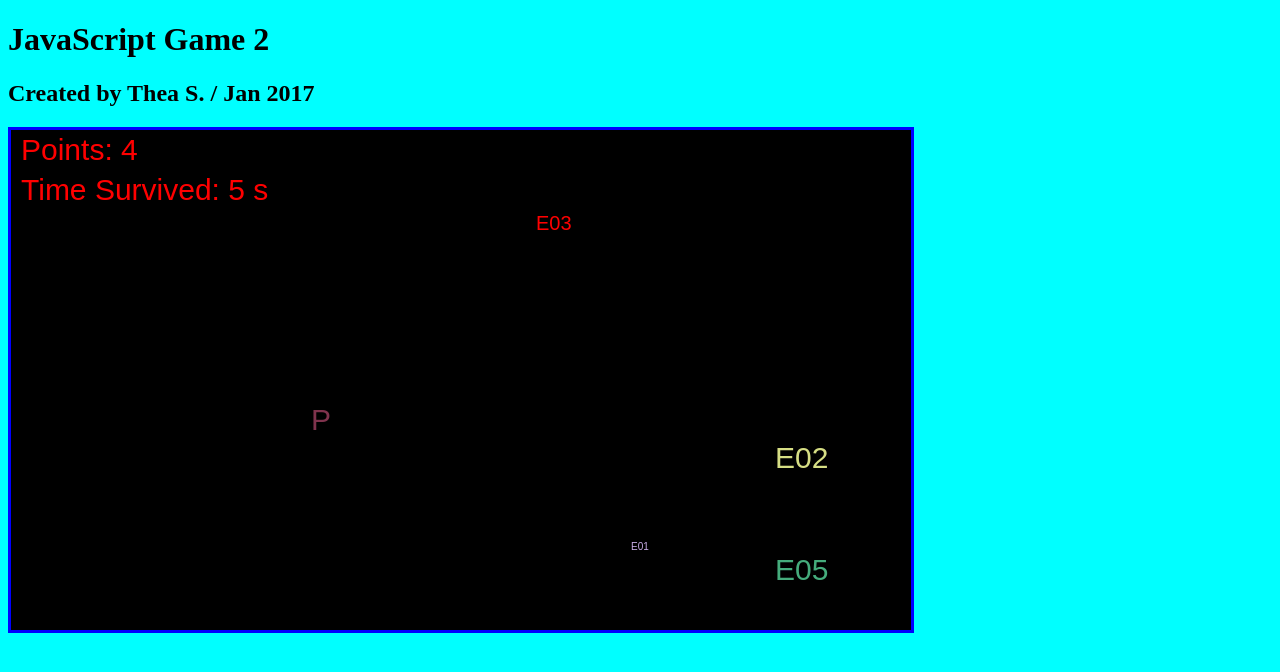
Repository: m-rabbit/b1_sukianto_code
Page: websites/JS_Game_02/index.html
An editor plug-in stored every save of this project. The page is shown before and after the next save, followed by the edit.
The browser window is 1280 px wide. The pictures show the whole page.

Above is the page before, as saved 2017-02-20 14:56:59.

### websites/JS_Game_02/index.html
<!DOCTYPE html>
<html>
	<head>
		<title>JavaScript Game 2</title>
		<style>
			body {
				background-color: #00FFFF;
			}
			canvas {
				border: 3px solid blue;
				background-color: #000000;
			}
		</style>
	</head>
	<body>
		<h1>JavaScript Game 2</h1>
		<h2>Created by Thea S. / Jan 2017</h2>



		<canvas id="ctx" width="900" height="500"></canvas>
		<script src="js/gametwo.js">
		</script>
	</body>
</html>

### websites/JS_Game_02/js/gametwo.js
var ctx = document.getElementById("ctx").getContext("2d");

var ctxWidth = 900;
var ctxHeight = 500;
var rtSpacing = 30;
var bottomSpacing = 10;
var topSpacing = 30;

var appleRed = "#FF0000";
var skyBlue = "#0000FF";
var grassGreen = "#00FF00";
var canaryYellow = "#FFFF00";
var myBlack = "#000000";
var myPink = "rgba(255, 102, 153, 0.5)";

var enemyList = {};

var timeWhenGameStarted = Date.now();

// player as an object
var player = {
	x : 300,
	spdX : 3,
	y : 300,
	spdY : 7,
	name : "P",
	font : '30px Arial',
	wallFont : '60px Arial',
	topBottomFont : '10px Arial',
	color : myPink,
	colorWall : appleRed,
	colorTopBottom : skyBlue,
	highPoints : 10
};
// end of player

// this is a "Constructor"
Enemy = function(id, passX, passY, passName, passFont, passWallFont, passTopBottomFont, passColor) {

	var enemy = {
		id : id,
		x : passX,
		spdX : getRandomIntInclusive(1, 20),
		y : passY,
		spdY : getRandomIntInclusive(1, 20),
		name : passName,
		font : passFont,
		wallFont : passWallFont,
		topBottomFont : passTopBottomFont,
		color : passColor,
	};

	enemyList[id] = enemy;

};

function getRandomIntInclusive(min, max) {
  min = Math.ceil(min);
  max = Math.floor(max);
  return Math.floor(Math.random() * (max - min + 1)) + min;
}

// end of Enemy() constructor

getDistanceBetweenEntity = function(entity1, entity2) {
	var dx = entity1.x - entity2.x;
	var dy = entity1.y - entity2.y;
	return Math.sqrt(dx * dx + dy * dy);

};

testCollisionEntity = function(entity1, entity2) {

	var distance = getDistanceBetweenEntity(entity1, entity2);
	return distance < 50;

};

document.onmousemove = function(mouse) {
	var mouseX = mouse.clientX;
	var mouseY = mouse.clientY;
	console.log("mouse x,y: " + mouseX + "," + mouseY);
	player.x = mouseX - 12;
	player.y = mouseY - 125;
};
updateEntity = function(something) {
	updateEntityPosition(something);
	drawEntity(something);
};

updateEntityPosition = function(something) {
	var red = getRandomIntInclusive(0, 255);
	var green = getRandomIntInclusive(0, 255);
	var blue = getRandomIntInclusive(0, 255);

	something.x += something.spdX;
	something.y += something.spdY;

	//flips spdX if we hit either the left or the right sides
	if (something.x >= ctxWidth - rtSpacing || something.x <= 0) {// right side OR left side
		something.spdX *= -1;
		something.color = "rgb("+red+","+green+","+blue+")";
		something.font = something.wallFont;
	}

	// flip spdY if we hit either the ceiling OR the floor
	if (something.y >= ctxHeight - bottomSpacing || something.y <= topSpacing) {// || is a Boolean for "OR"
		something.spdY *= -1;
		something.color = "rgb("+red+","+green+","+blue+")";
		something.font = something.topBottomFont;
	}
};

drawEntity = function(something) {
	ctx.font = something.font;
	ctx.fillStyle = something.color;
	ctx.fillText(something.name, something.x, something.y);
};

update = function() {
	ctx.clearRect(0, 0, ctxWidth, ctxHeight);
	//updateEntity(player);

	drawEntity(player);
	for (var i in enemyList) {
		updateEntity(enemyList[i]);

		var isColliding = testCollisionEntity(player, enemyList[i]);
		if (isColliding) {
			player.highPoints--;
			//console.log("Collision!");
			if(player.highPoints < 0) {
				var timeSurvived = Date.now() - timeWhenGameStarted;
				alert("Game Over! time = " + timeSurvived/1000 + " s");
				player.highPoints = 10;
				timeWhenGameStarted = Date.now();
			}
		}
	};

	ctx.font = "30px Arial";
	ctx.fillStyle = "#FF0000";
	ctx.fillText("Points: " + player.highPoints, 10, 30);
	var currentTime = Date.now() - timeWhenGameStarted;
	ctx.font = "30px Arial";
	ctx.fillStyle = "#FF0000";
	ctx.fillText("Time Survived: " + currentTime/1000 + " s", 10, 70);

};
// end of update()

Enemy('E1', 70, 60, 'E01', '30px Arial', '60px Arial', '10px Arial', myBlack, grassGreen, appleRed);

Enemy('E2', 80, 50, 'E02', '60px Arial', '30px Arial', '15px Arial', grassGreen, myBlack, appleRed);

Enemy('E3', 75, 50, 'E03', '20px Arial', '80px Arial', '20px Arial', appleRed, grassGreen, myBlack);

Enemy('E4', 70, 60, 'E04', '30px Arial', '60px Arial', '10px Arial', myBlack, grassGreen, appleRed);

Enemy('E5', 80, 50, 'E05', '60px Arial', '30px Arial', '15px Arial', grassGreen, myBlack, appleRed);


setInterval(update, 100);

After the next save:
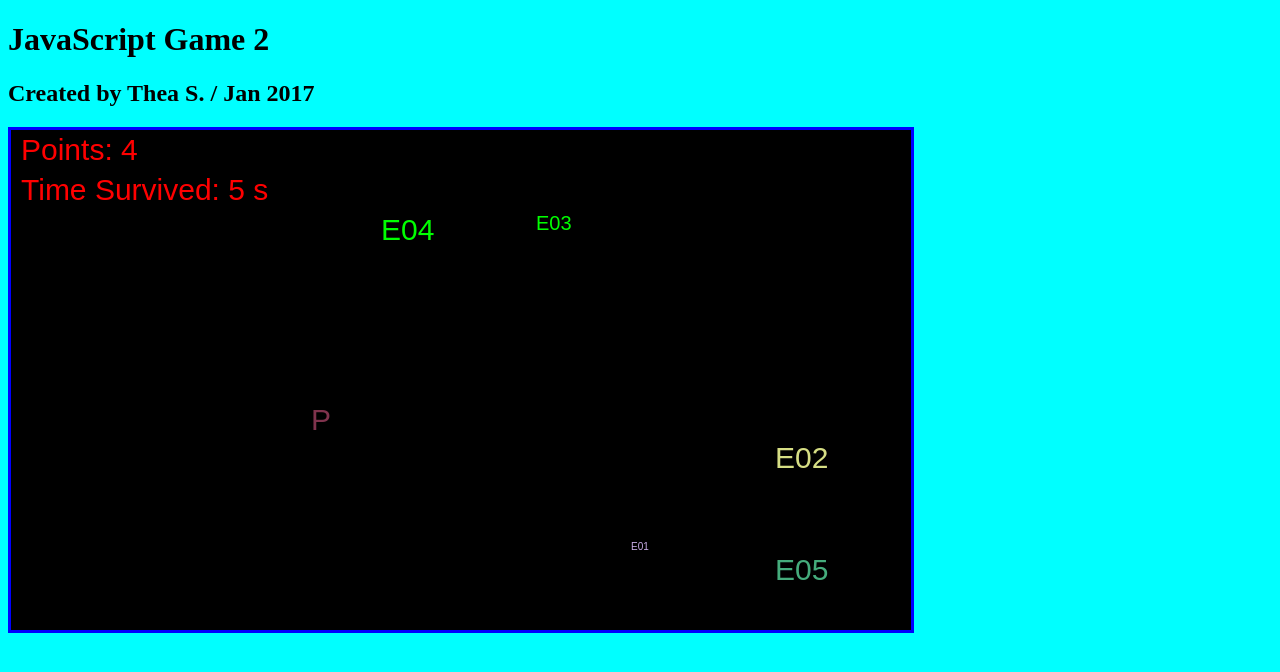
Saved 39 s later.
--- a/websites/JS_Game_02/js/gametwo.js
+++ b/websites/JS_Game_02/js/gametwo.js
@@ -149,15 +149,15 @@ update = function() {
 };
 // end of update()
 
-Enemy('E1', 70, 60, 'E01', '30px Arial', '60px Arial', '10px Arial', myBlack, grassGreen, appleRed);
+Enemy('E1', 70, 60, 'E01', '30px Arial', '60px Arial', '10px Arial', grassGreen);
 
-Enemy('E2', 80, 50, 'E02', '60px Arial', '30px Arial', '15px Arial', grassGreen, myBlack, appleRed);
+Enemy('E2', 80, 50, 'E02', '60px Arial', '30px Arial', '15px Arial', grassGreen);
 
-Enemy('E3', 75, 50, 'E03', '20px Arial', '80px Arial', '20px Arial', appleRed, grassGreen, myBlack);
+Enemy('E3', 75, 50, 'E03', '20px Arial', '80px Arial', '20px Arial', grassGreen);
 
-Enemy('E4', 70, 60, 'E04', '30px Arial', '60px Arial', '10px Arial', myBlack, grassGreen, appleRed);
+Enemy('E4', 70, 60, 'E04', '30px Arial', '60px Arial', '10px Arial', grassGreen);
 
-Enemy('E5', 80, 50, 'E05', '60px Arial', '30px Arial', '15px Arial', grassGreen, myBlack, appleRed);
+Enemy('E5', 80, 50, 'E05', '60px Arial', '30px Arial', '15px Arial', grassGreen);
 
 
 setInterval(update, 100);
